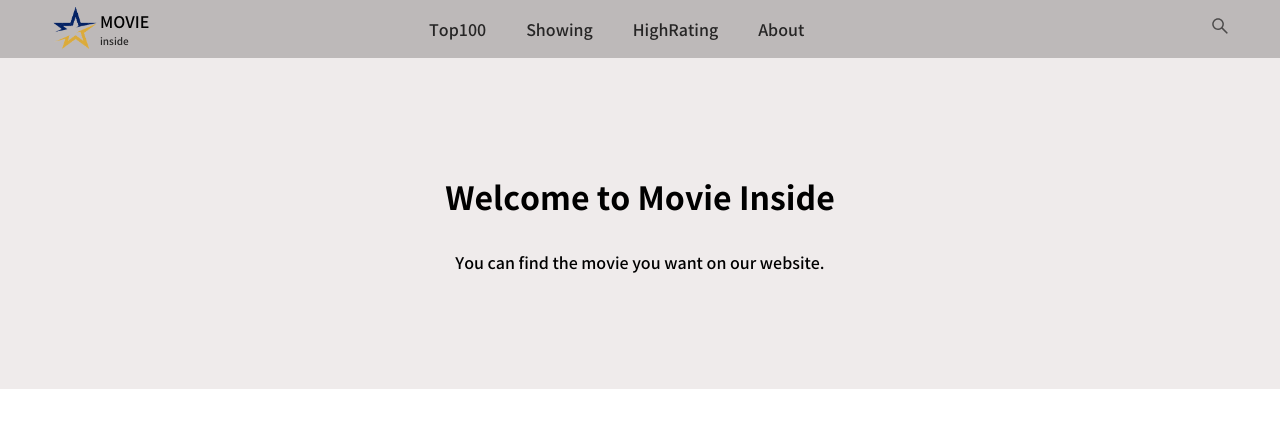
Repository: yangddoddi/Movie-Inside
Page: /
The author's editor kept a copy of each file at every save. The page is drawn from the files as they stood at one save, then again after the next save.
The browser window is 1280 px wide. The pictures show the whole page.
The project was rebuilt for these pictures with package versions that can differ from the ones it lists, and the page was loaded fresh each time. Also part of the build but not shown: src/App.css, src/routes/Detail.js.

Above is the page before, as saved 2022-05-02 19:46:20.

### public/index.html
<!DOCTYPE html>
<html lang="en">

<head>
  <meta charset="utf-8" />
  <link rel="icon" href="./image/logo.png" />
  <meta name="viewport" content="width=device-width, initial-scale=1" />
  <meta name="theme-color" content="#000000" />
  <meta name="description" content="Web site created using create-react-app" />
  <link rel="apple-touch-icon" href="%PUBLIC_URL%/logo192.png" />
  <!--
      manifest.json provides metadata used when your web app is installed on a
      user's mobile device or desktop. See https://developers.google.com/web/fundamentals/web-app-manifest/
    -->
  <link rel="manifest" href="%PUBLIC_URL%/manifest.json" />
  <!--
      Notice the use of %PUBLIC_URL% in the tags above.
      It will be replaced with the URL of the `public` folder during the build.
      Only files inside the `public` folder can be referenced from the HTML.

      Unlike "/favicon.ico" or "favicon.ico", "%PUBLIC_URL%/favicon.ico" will
      work correctly both with client-side routing and a non-root public URL.
      Learn how to configure a non-root public URL by running `npm run build`.
    -->
  <title>Movie Inside</title>
</head>

<body>
  <noscript>You need to enable JavaScript to run this app.</noscript>
  <div id="root"></div>
  <!--
      This HTML file is a template.
      If you open it directly in the browser, you will see an empty page.

      You can add webfonts, meta tags, or analytics to this file.
      The build step will place the bundled scripts into the <body> tag.

      To begin the development, run `npm start` or `yarn start`.
      To create a production bundle, use `npm run build` or `yarn build`.
    -->
</body>

</html>

### src/App.js
import "./App.css";
import { RouteJS } from "./components/Routes";
import "./scss/main.scss";
import { Nav } from "./components/Nav";

function App() {
  return (
    <>
      <Nav />
      <RouteJS />
    </>
  );
}

export default App;

### src/components/Routes.js
import { Route, BrowserRouter, Routes } from "react-router-dom";
import { Main } from "../routes/Main";
import { Detail } from "../routes/Detail";

export const RouteJS = () => {
  return (
    <Routes>
      <Route path="/" element={<Main />} />
      <Route path="/detail" element={<Detail />} />
    </Routes>
  );
};

### src/scss/main.scss


* {
    box-sizing: border-box;
    font-family: 'Noto Sans CJK KR';
    margin: 0px;
}

### src/components/Nav.js
import React from "react";
import logo from "../image/logo.png";
import styles from "./Nav.module.scss";
import { AiOutlineSearch } from "react-icons/ai";

export const Nav = () => {
  return (
    <nav className={styles.nav}>
      <div className={styles.navContainer}>
        <div className={styles.leftContainer}>
          <img className={styles.logo} src={logo}></img>
          <div className={styles.logoContainer}>
            <span>MOVIE</span>
            <span>inside</span>
          </div>
        </div>
        <ul className={styles.navItems}>
          <li className={styles.navItem}>Top100</li>
          <li className={styles.navItem}>Showing</li>
          <li className={styles.navItem}>HighRating</li>
          <li className={styles.navItem}>About</li>
        </ul>
        <form className={styles.navForm}>
          <input type={"text"} id="searchInput" />
          <label for="searchInput">
            <AiOutlineSearch className={styles.searchIcon} />
          </label>
        </form>
      </div>
    </nav>
  );
};

### src/routes/Main.js
import React from "react";
import { Jumbotron } from "../components/Main/Jumbotron";

export const Main = () => {
  return (
    <>
      <Jumbotron />
    </>
  );
};

### src/components/Nav.module.scss
@import url(../scss/font.scss);


.nav {
    background-color: #bdb9b9;
    width: 100%;
    height: 8vh;
    padding: 10px 50px 10px 50px;
    display: flex;
    justify-content: center;
}

.navContainer {
    display: flex;
    align-items: center;
    justify-content: space-between;
    width: 100%;
    max-width: 1200px;
}

.logo {
    width: 50px;
}

.logoContainer {
    display: flex;
    flex-direction: column;
    justify-content: flex-end;
    user-select: none;

    span:nth-child(2) {
        font-size: 10px;
        color:rgba(0,0,0,0.8);
    }
}

.leftContainer {
    display: flex;
    align-items: center;
}

.navItems {
    display: flex;
    list-style: none;
    color: rgba(0,0,0,0.8);
    font-size: 16px;
    margin: 0px;
}


.navItem {
    margin: 0px 20px 0px 20px;
    cursor: pointer;
}

.navForm {
        position:relative;
        display: flex;
        align-items: center;

    input {
        margin-left: 30px;
        border-radius: 5%;
        height: 25px;
        border: none;
        color: rgba(0,0,0,0.8);
        background-color: transparent;
    }

    input:focus {
        outline: none;
        border-bottom: rgba(122,122,122,1) solid 1px;
    }

    label {
        position: absolute;
        right: 0px;
        height: 25px;
        border-left: none;
    }

    svg {
        font-size: 20px;
        color: rgba(0,0,0,0.6);
    }
}

### src/components/Main/Jumbotron.js
import React from "react";
import styles from "./Jumbotron.module.scss";
import { AiOutlineSearch } from "react-icons/ai";

export const Jumbotron = () => {
  return (
    <div className={styles.jumbotron}>
      <div className={styles.jumbotronContainer}>
        <h1 className={styles.header}> Welcome to Movie Inside </h1>
        <p>You can find the movie you want on our website.</p>
      </div>
    </div>
  );
};

### src/scss/font.scss
@font-face {
    font-family: 'Noto Sans CJK KR';
    font-style: normal;
    font-weight: light;
    src: url('../fontStyle/NotoSansKR-Light.otf')
}

@font-face {
    font-family: 'Noto Sans CJK KR';
    font-style: normal;
    font-weight: normal;
    src: url('../fontStyle/NotoSansKR-Regular.otf')
}

@font-face {
    font-family: 'Noto Sans CJK KR';
    font-style: normal;
    font-weight: semi-bold;
    src: url('../fontStyle/NotoSansKR-Medium.otf')
}
@font-face {
    font-family: 'Noto Sans CJK KR';
    font-style: normal;
    font-weight: bold;
    src: url('../fontStyle/NotoSansKR-Bold.otf')
}

### src/components/Main/Jumbotron.module.scss

.jumbotron {
    background-color: #efebeb;
    padding: 50px;
    display: flex;
    justify-content: center;
    align-items: center;
    height: 46vh;
}

.jumbotronContainer {
    width: 100%;
    max-width: 1200px;
    text-align: center;
}

.header {
    margin-bottom: 30px;
}

Loaded but not shown: src/index.js (common file); src/index.css (common file); src/reportWebVitals.js (common file)

After the next save:
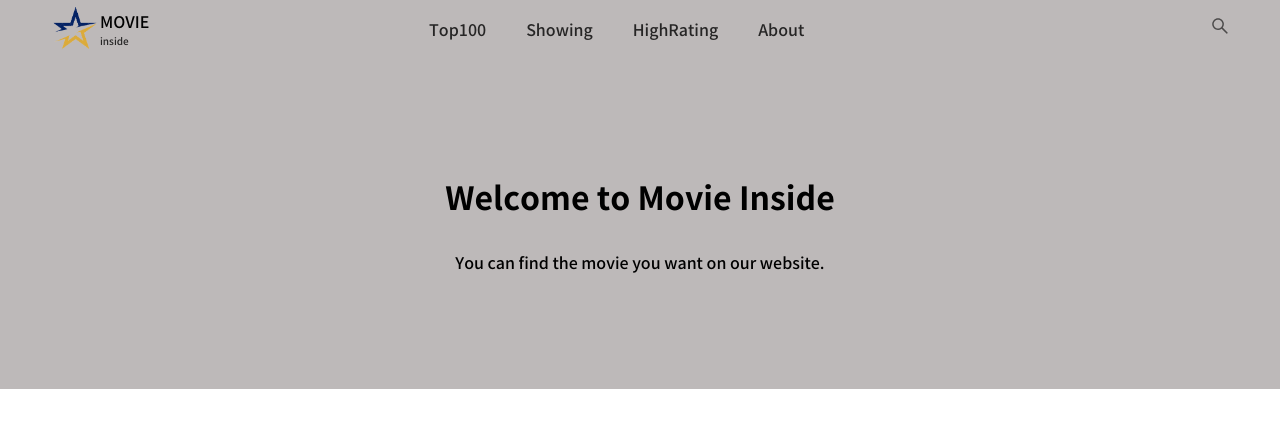
Saved 27 s later.
--- a/src/components/Main/Jumbotron.module.scss
+++ b/src/components/Main/Jumbotron.module.scss
@@ -1,6 +1,6 @@
 
 .jumbotron {
-    background-color: #efebeb;
+    background-color: #bdb9b9;
     padding: 50px;
     display: flex;
     justify-content: center;
